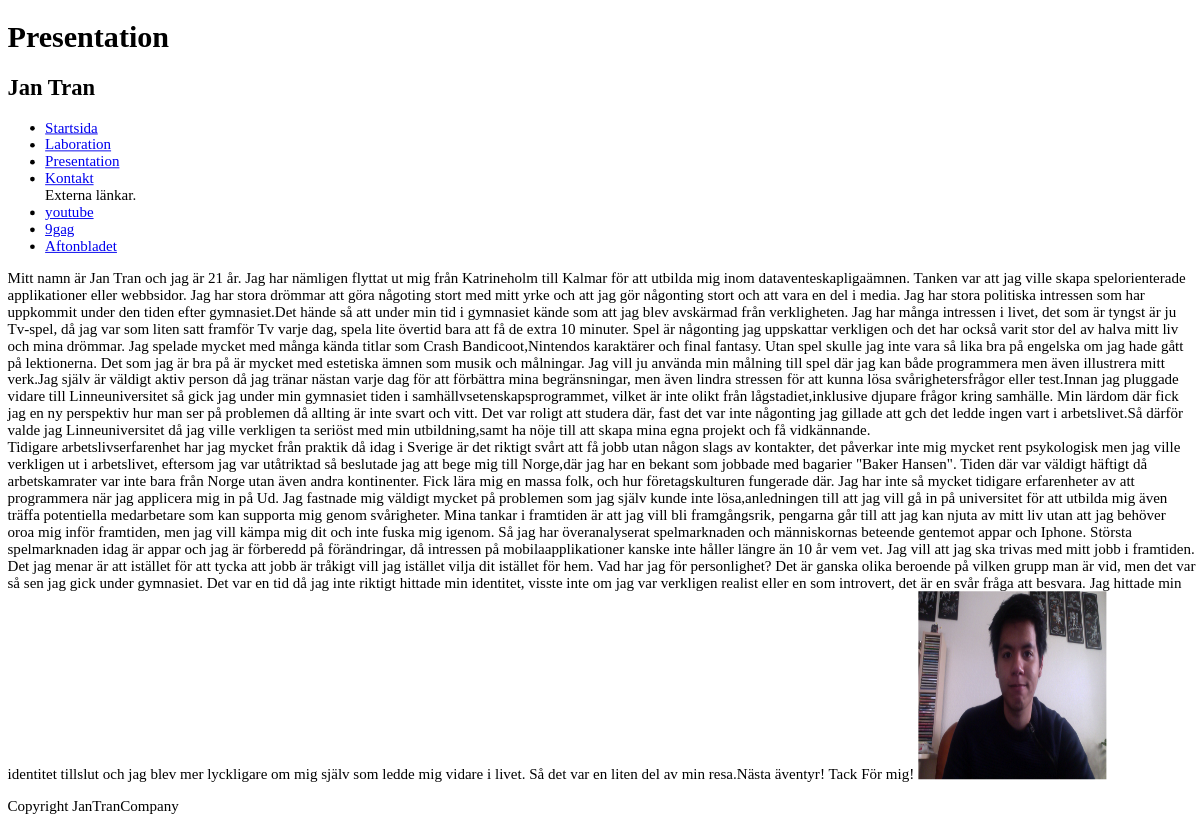
Repository: jt222ic/1ik415-jt222ic-lab-1
Page: pages/presentation.html
The author's editor kept a record of every edit. The page is drawn from the files as they stood at one moment, then again after the next edit.
The browser window is 1280 px wide. The pictures show the whole page, at 94% of full size.

Above is the page before.

After the next edit:
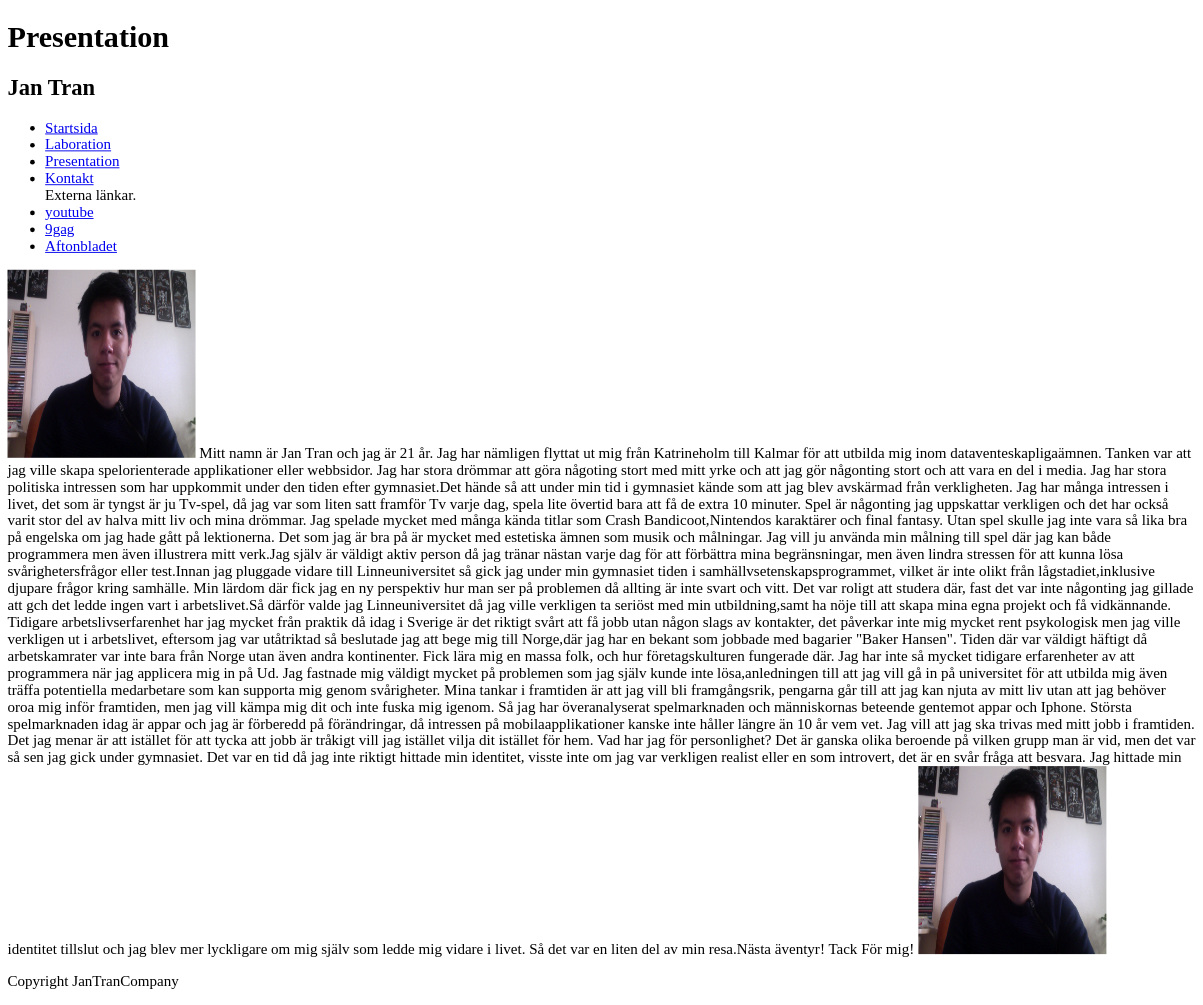
The edit:
--- a/pages/presentation.html
+++ b/pages/presentation.html
@@ -36,7 +36,7 @@
         </ul>
     </div>
     <div id="section">
-        <p>
+        <p><img src="jpeg/JanT.jpg" width="200" height="200" alt="bildavJan" />
             Mitt namn är Jan Tran och jag är 21 år. Jag har nämligen flyttat ut mig från Katrineholm till Kalmar för att utbilda mig inom dataventeskapligaämnen. Tanken var att jag ville skapa spelorienterade applikationer eller webbsidor. Jag har stora drömmar att
             göra någoting stort med mitt yrke och att jag gör någonting stort och att vara en del i media. Jag har stora politiska intressen som har uppkommit under den tiden efter gymnasiet.Det hände så att under min tid i gymnasiet kände som att jag
             blev avskärmad från verkligheten. Jag har många intressen i livet, det som är tyngst är ju Tv-spel, då jag var som liten satt framför Tv varje dag, spela lite övertid bara att få de extra 10 minuter. Spel är någonting jag uppskattar verkligen
